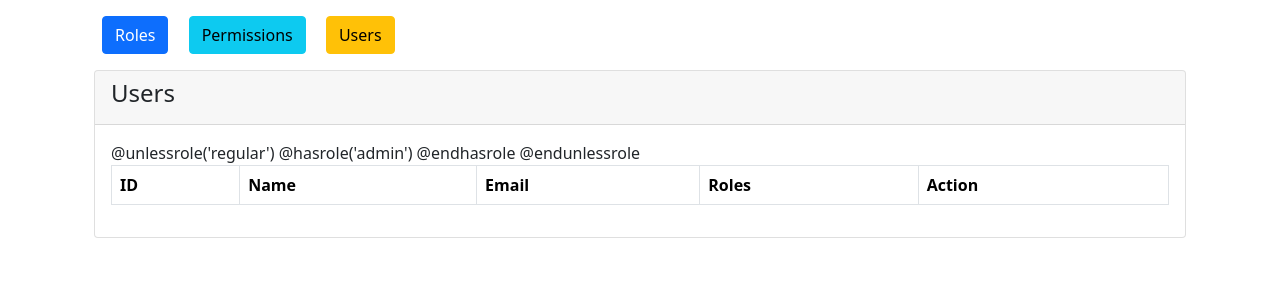
Repository: viisantos/permission_demo
Page: http://localhost/users
An editor plug-in stored every save of this project. The page is shown before and after the next save, followed by the edit.
The browser window is 1280 px wide. The pictures show the whole page.
The page is served by the project's Laravel application, run on PHP 8.4 with Laravel 10. Queries for data that is not in the repository find no rows.

Above is the page before, as saved 2024-06-22 17:38:05.

After the next save:
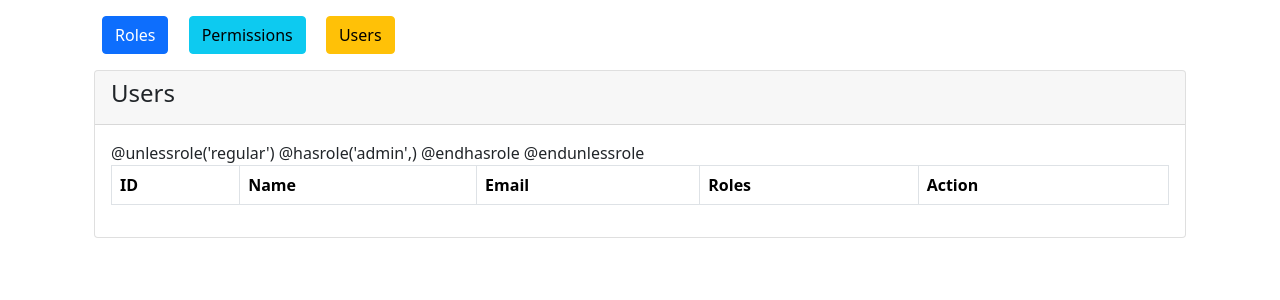
Saved 14 min 34 s later.
--- a/resources/views/role-permission/user/index.blade.php
+++ b/resources/views/role-permission/user/index.blade.php
@@ -28,7 +28,7 @@
                                 <th>Roles</th>
 
                                 @unlessrole('regular')
-                                    @hasrole('admin')
+                                    @hasrole('admin',)
                                         <th>Action</th>
                                     @endhasrole
                                 @endunlessrole
